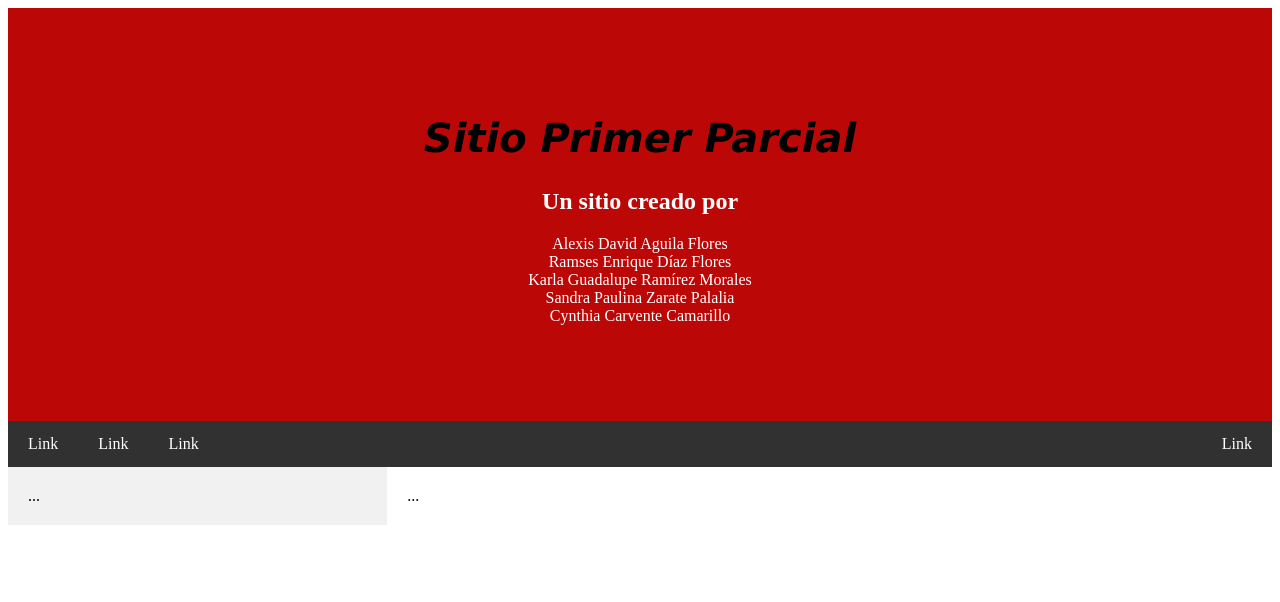
Repository: Dogueen/miniProyectoUniversidad
Page: miniProyecto/miniProyecto.html
An editor plug-in stored every save of this project. The page is shown before and after the next save, followed by the edit.
The browser window is 1280 px wide. The pictures show the whole page.

Above is the page before, as saved 2023-10-27 17:16:43.

After the next save:
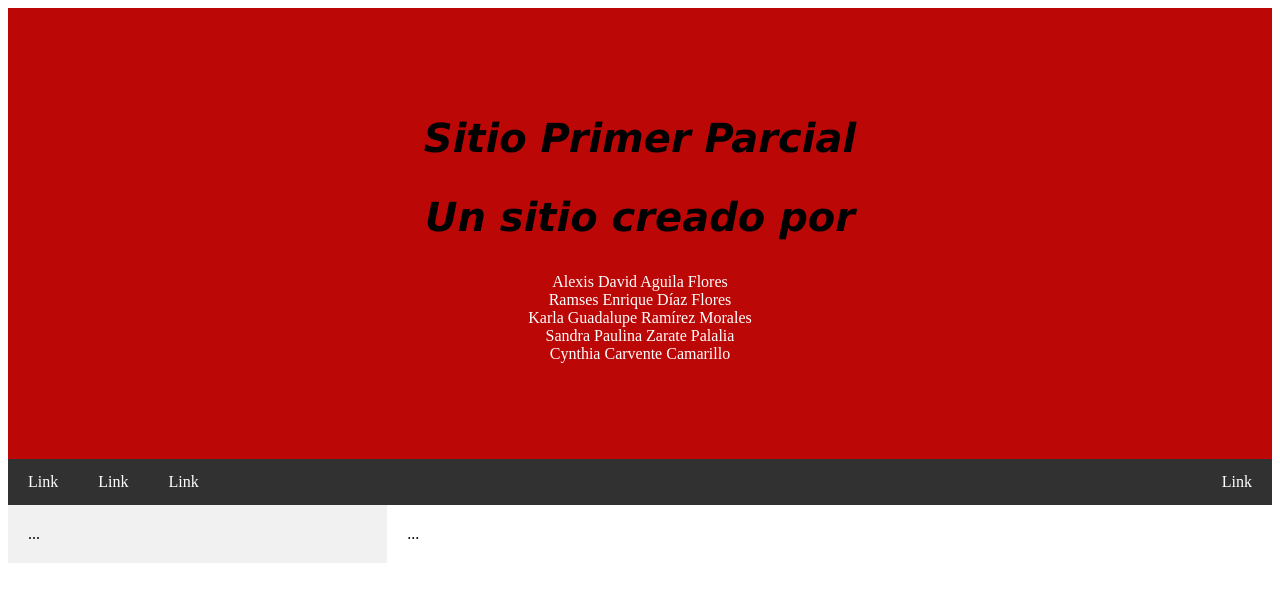
Saved 14 s later.
--- a/miniProyecto/styles/styles.css
+++ b/miniProyecto/styles/styles.css
@@ -15,6 +15,13 @@
 
 /* Increase the font size of the <h1> element */
 .header h1  {
+    font-size: 40px;
+    font-style: italic ;
+    font-family: Verdana, Geneva, Tahoma, sans-serif;
+    color:#000000;
+}
+
+.header h2  {
     font-size: 40px;
     font-style: italic ;
     font-family: Verdana, Geneva, Tahoma, sans-serif;
